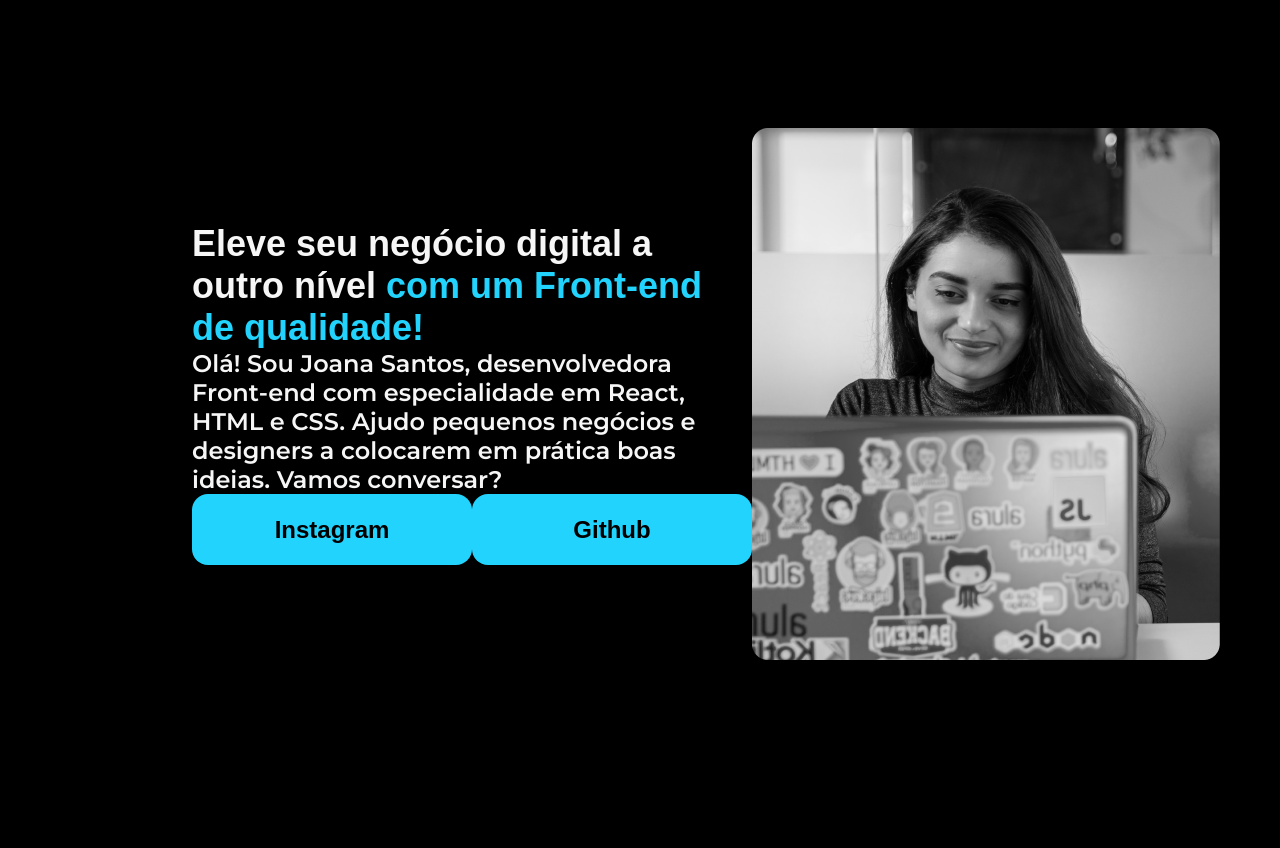
Repository: YoungAkira/CursoHtmlCss
Page: index.html
The author's editor kept a copy of each file at every save. The page is drawn from the files as they stood at one save, then again after the next save.
The browser window is 1280 px wide. The pictures show the whole page.
Some web fonts or font styles are not loaded; a fallback is used.

Above is the page before, as saved 2023-05-13 13:04:46.

After the next save:
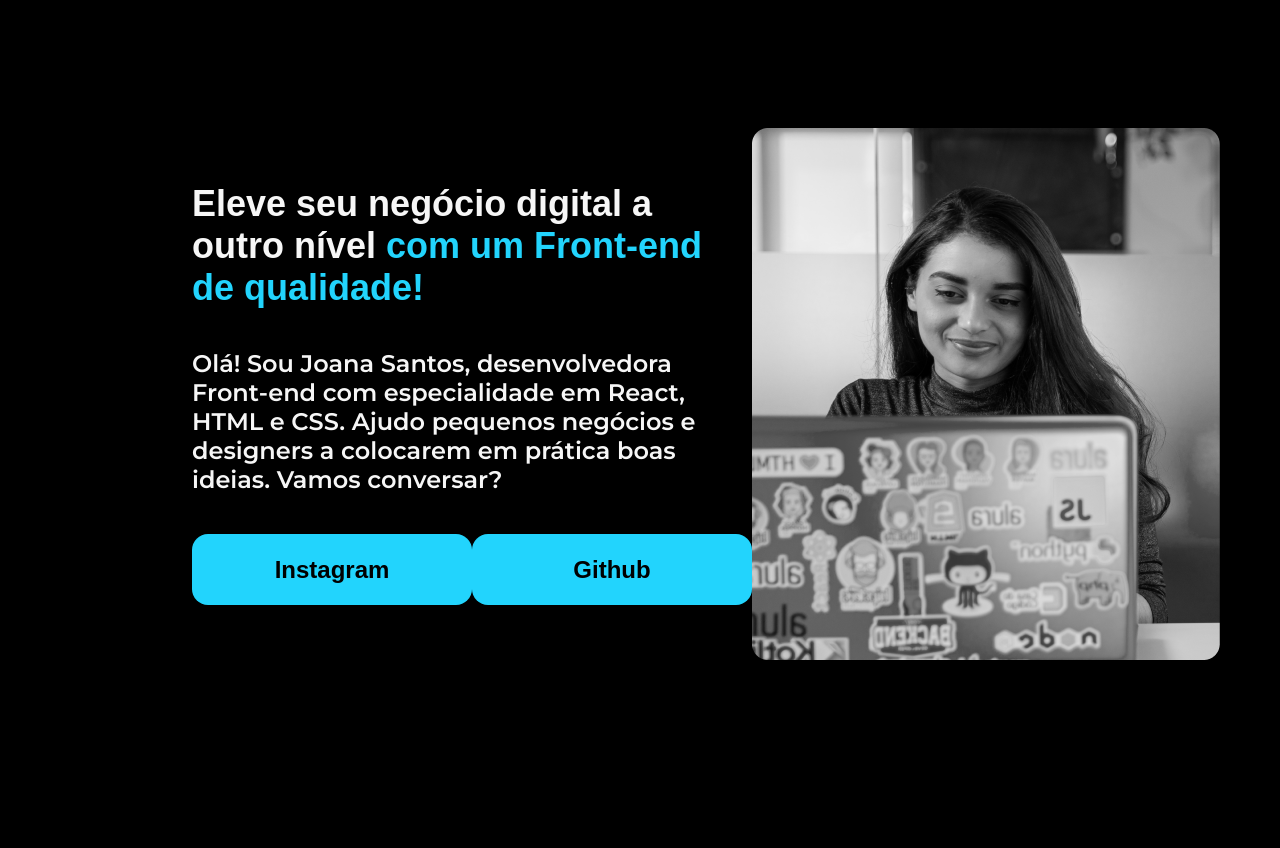
Saved 49 s later.
--- a/style.css
+++ b/style.css
@@ -31,7 +31,7 @@ body {
     width: 615px;
     display: flex;
     flex-direction: column;
-    gap: 40%;
+    gap: 40px;
 }
 
 
